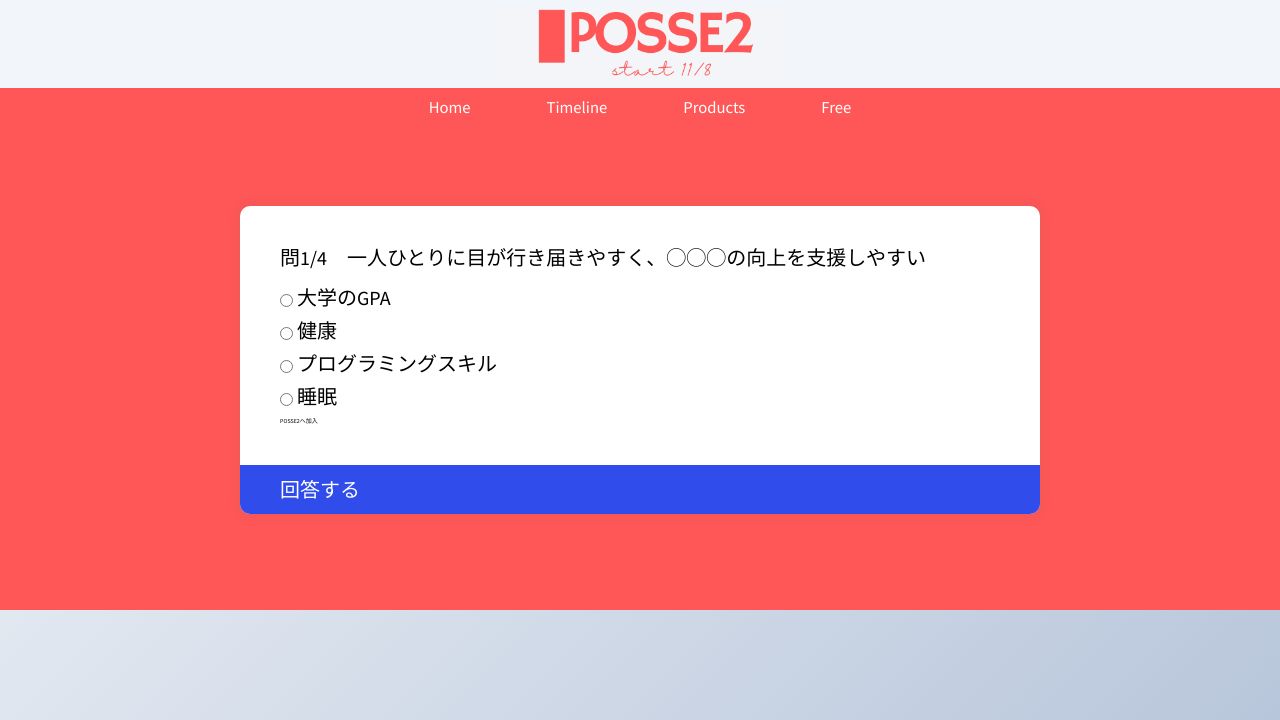
Repository: posse-ap/posse2-hackathon-202202-team2B
Page: src/html/top.html
The author's editor kept a copy of each file at every save. The page is drawn from the files as they stood at one save, then again after a run of saves.
The browser window is 1280 px wide. The pictures show the whole page.
The style sheet was rebuilt from its Sass, Less or Tailwind sources for each picture, by a compiler version that may differ from the author's.

Above is the page before, as saved 2022-02-14 21:22:43.
Console error: SyntaxError: Cannot use import statement outside a module

After the next 9 saves:
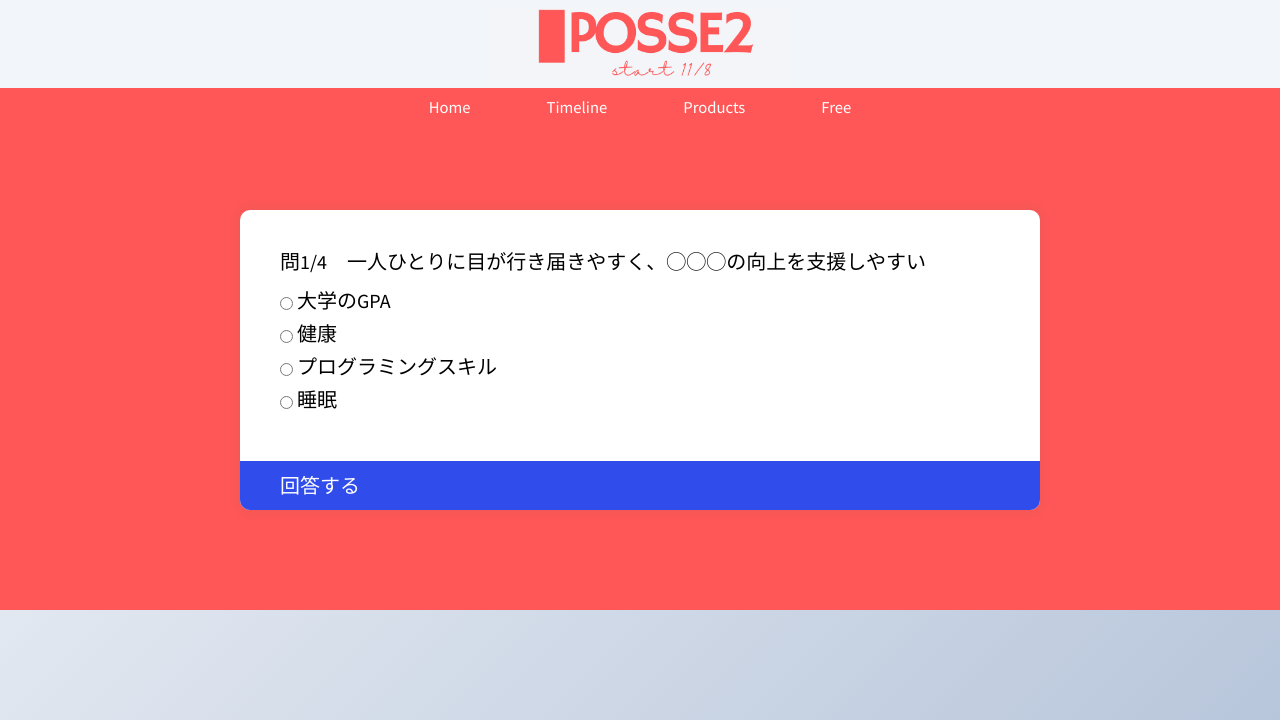
The 9 saves are shown as one change because they came seconds apart.
The last was saved 37 s later.
--- a/src/sass/top-sass/top.scss
+++ b/src/sass/top-sass/top.scss
@@ -183,6 +183,10 @@ button:hover {
   font-size: 20rem;
 }
 
+#message{
+    display: none;
+}
+
 
 @media(max-width:600px) {
     header .lists{
